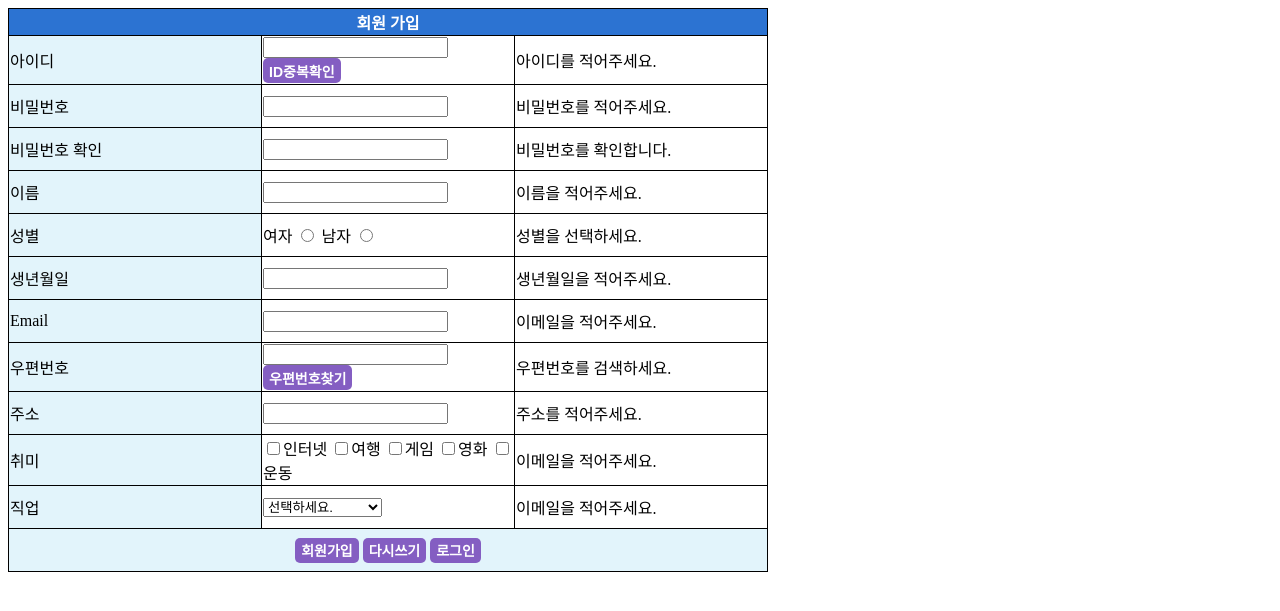
Repository: JeongminHW/Web_study
Page: HTML/myHTML/src/main/webapp/ch07/member.html
These files come from the project's save history. The page is drawn as it stood at one moment and after the next save; the edit follows.
The browser window is 1280 px wide. The pictures show the whole page.

Above is the page before, as saved 2024-07-10 07:44:36.

After the next save:
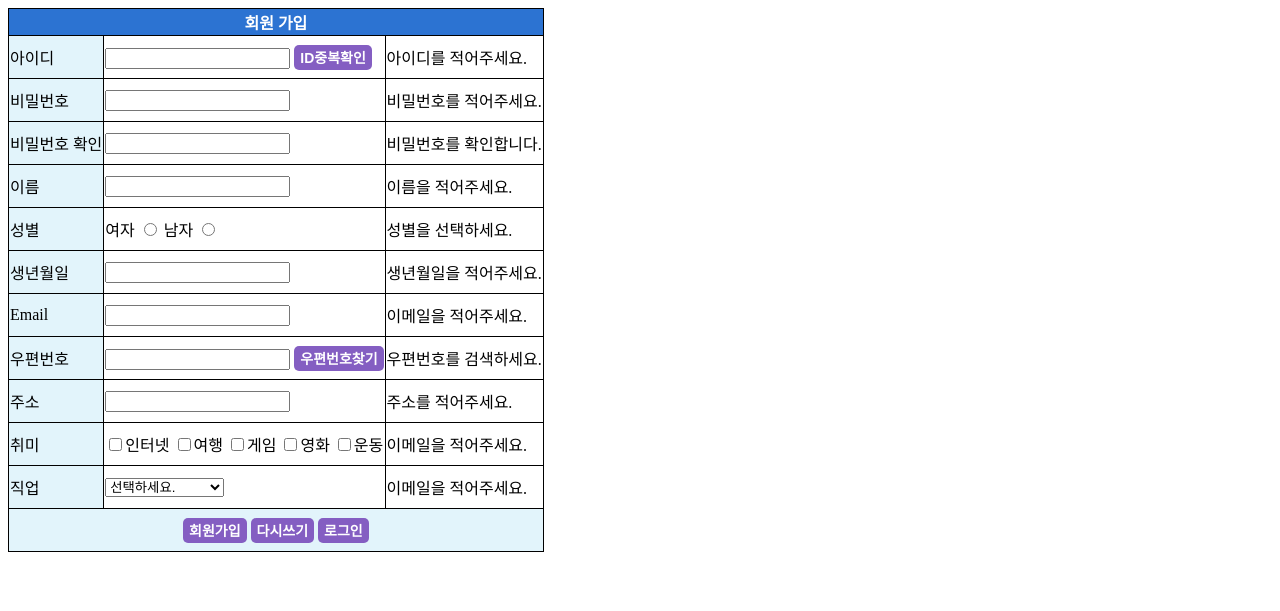
Saved 11 s later.
--- a/HTML/myHTML/src/main/webapp/ch07/mycss2.css
+++ b/HTML/myHTML/src/main/webapp/ch07/mycss2.css
@@ -7,7 +7,6 @@ border-spacing: 0;
 }
 
 td{
-	width: 250px;
 	height: 40px;
 	border-left: 1px solid #000;
 	border-top: 1px solid #000;
